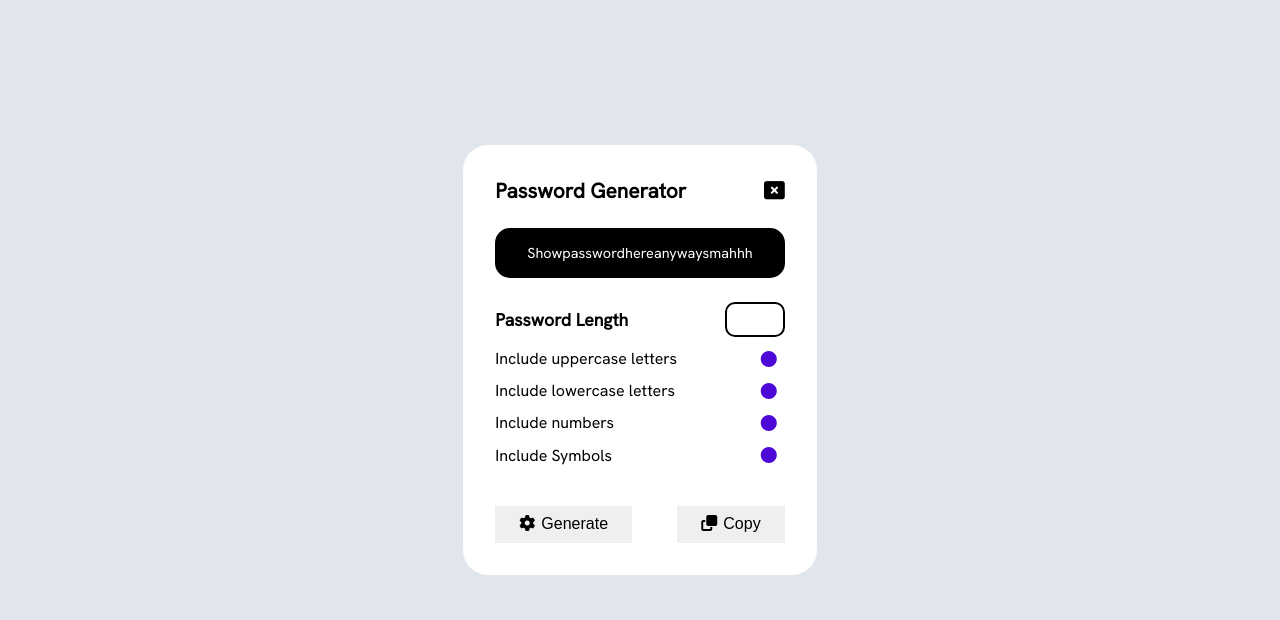
Repository: emiliaiwu/password_generator
Page: index.html
These files come from the project's save history. The page is drawn as it stood at one moment and after the next save; the edit follows.
The browser window is 1280 px wide. The pictures show the whole page.
Some web libraries are served in a nearby version.

Above is the page before, as saved 2022-12-14 04:45:26.

After the next save:
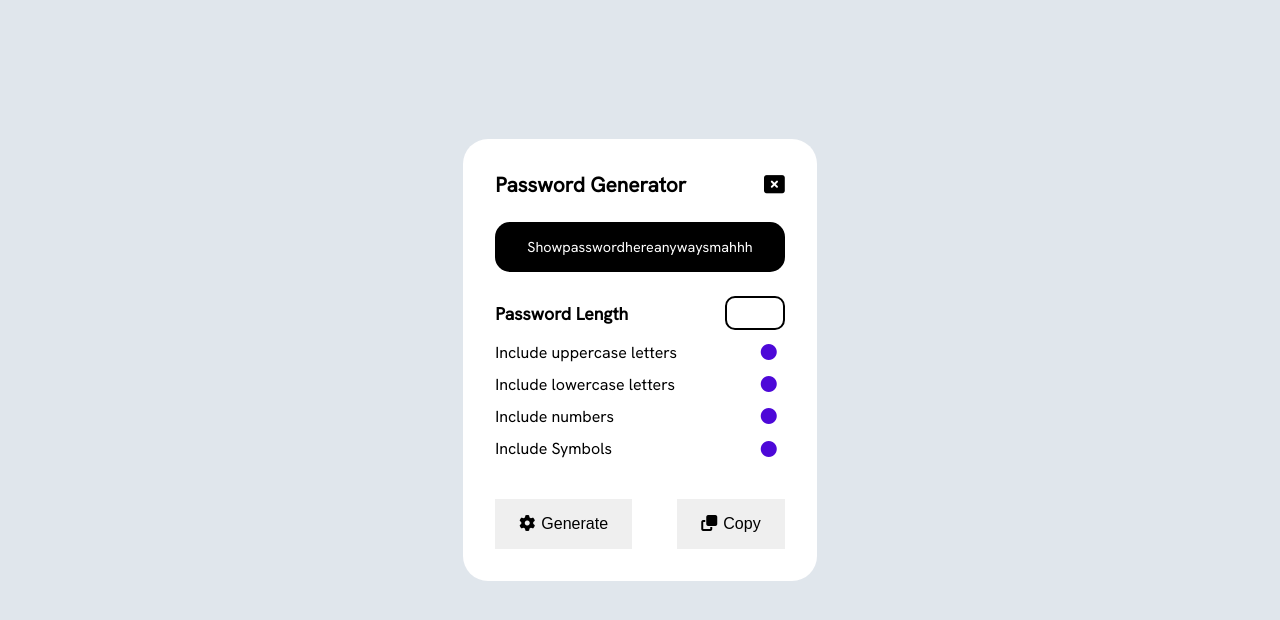
Saved 8 s later.
--- a/style.css
+++ b/style.css
@@ -123,7 +123,7 @@ label {
 
 .btn {
     margin-top: 1rem;
-    padding: .6rem 1.5rem;
+    padding: 1rem 1.5rem;
     font-size: 1rem;
     border: none;
 
